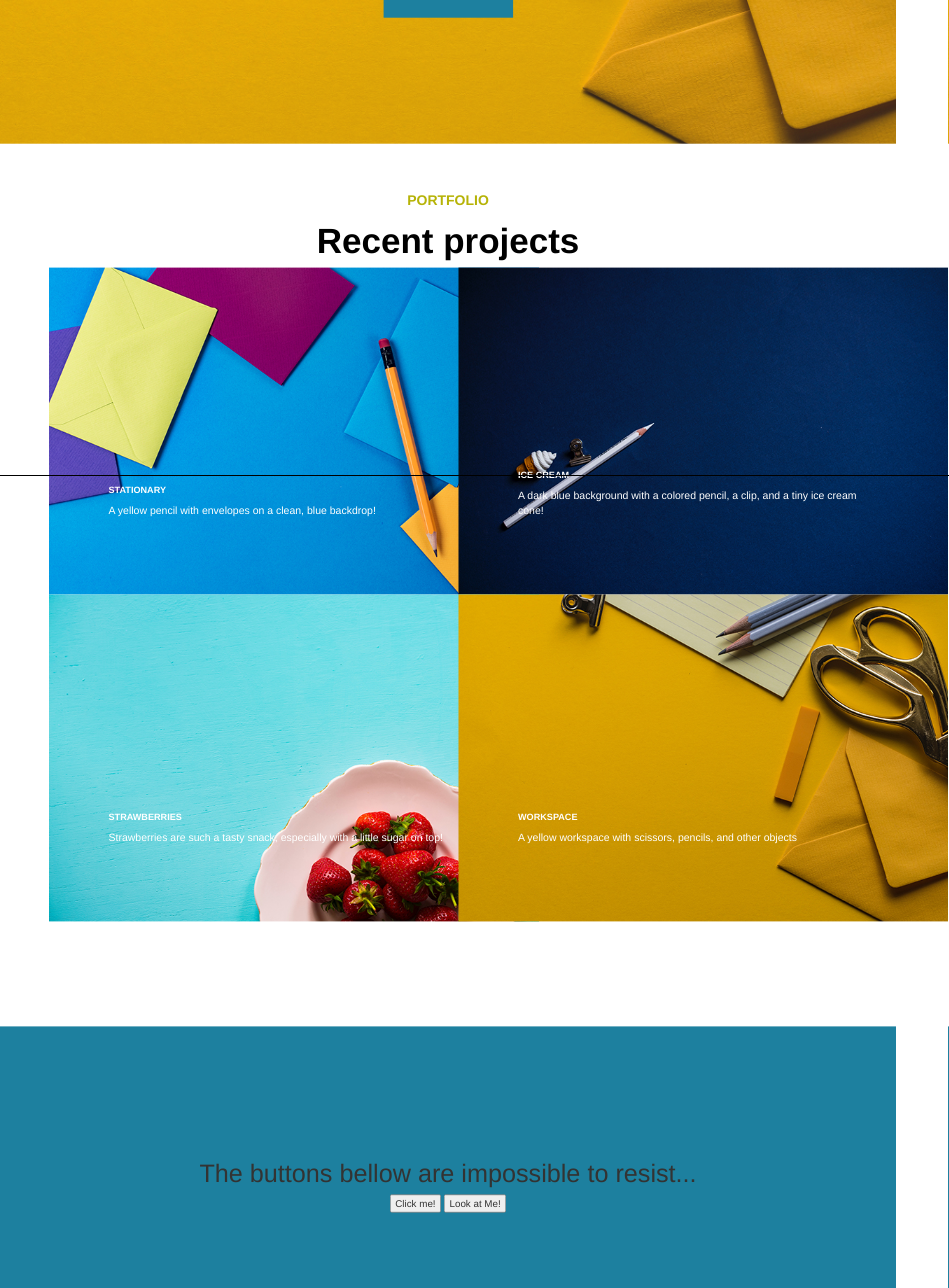
Repository: codin-full-stack/tomasz
Page: http://localhost/tomasz/portfolio/index.php
An editor plug-in stored every save of this project. The page is shown before and after the next save, followed by the edit.
The browser window is 1280 px wide. The page is 1355 px wide, so the pictures cover 1355 px, including what lies to the right of the window. The pictures show the part of the page from y = 2225 to 4065 px (the page is 4078 px tall), at 70% of full size.
Some web libraries are served in a nearby version. The page is run by PHP 8.4 with error messages shown; the project is at /var/www/html/.

Above is the page before, as saved 2018-10-23 09:27:43.

After the next save:
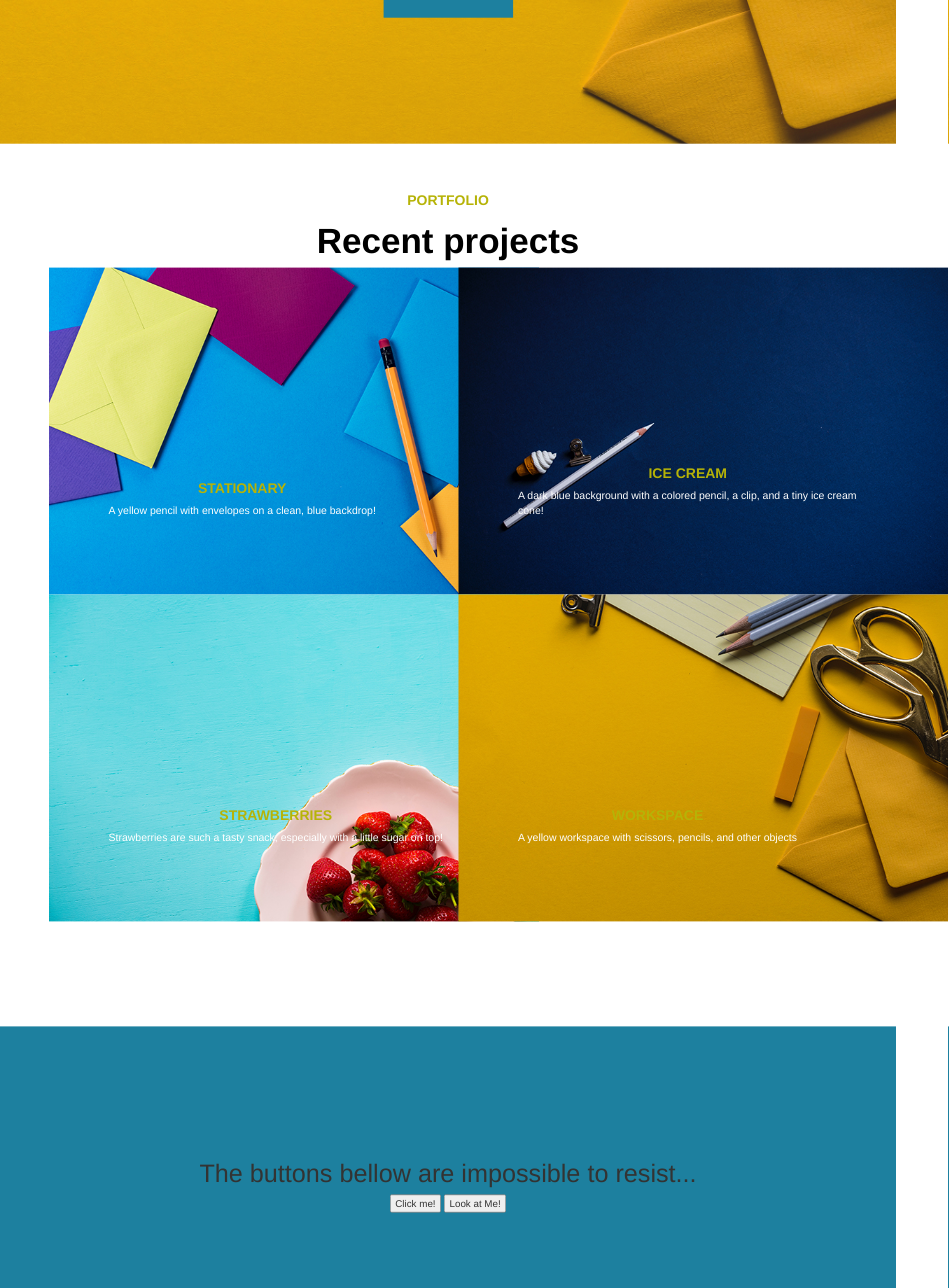
Saved 29 s later.
--- a/portfolio/styles.css
+++ b/portfolio/styles.css
@@ -136,6 +136,7 @@
     color: #000000;
 }
 
+.se
 .photobox h2 {
     color: #ffffff;
     font-size:  13px;

After the save that followed:
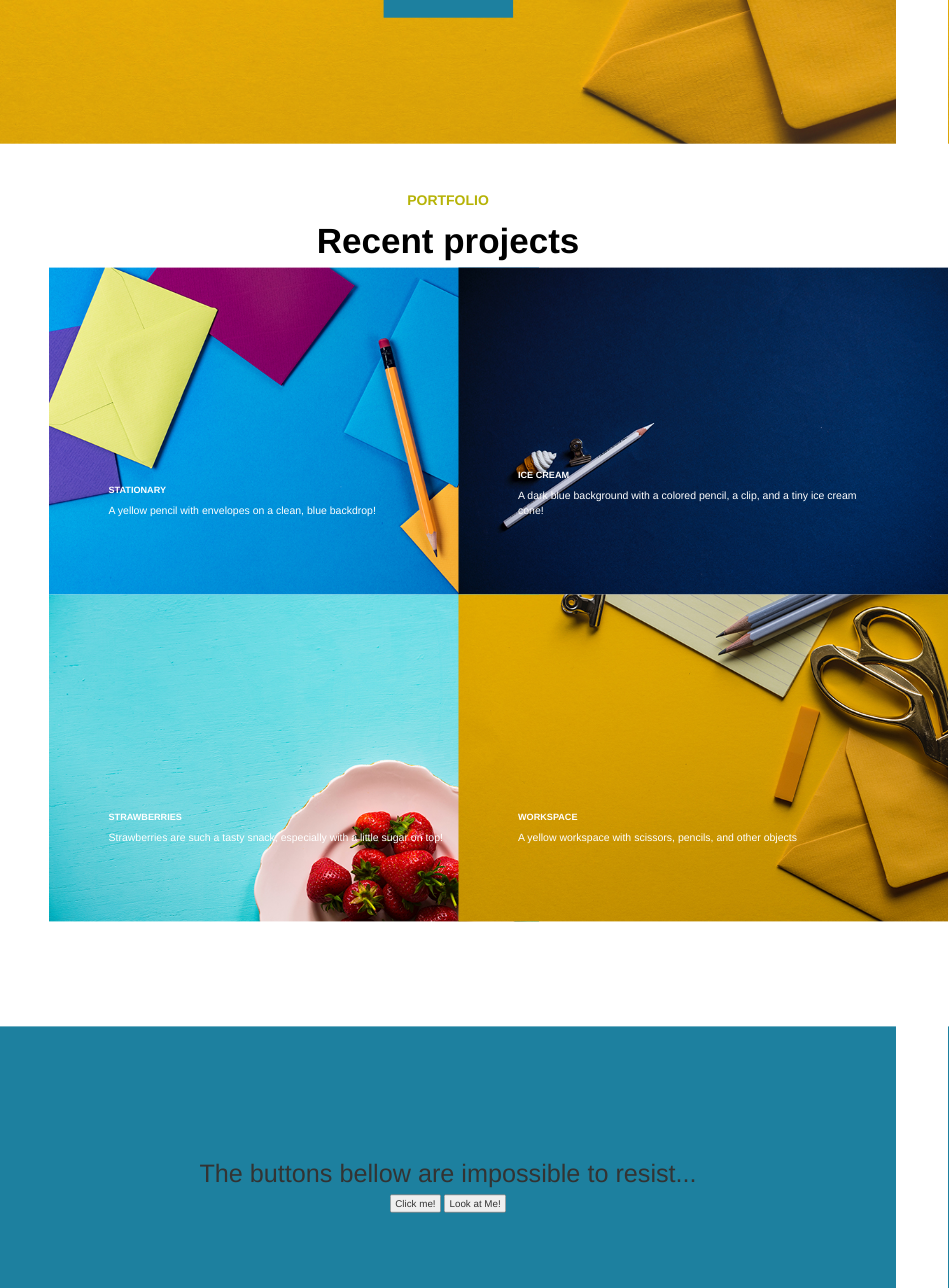
Saved 7 s later.
--- a/portfolio/styles.css
+++ b/portfolio/styles.css
@@ -136,7 +136,9 @@
     color: #000000;
 }
 
-.se
+.seventh h1 {
+
+}
 .photobox h2 {
     color: #ffffff;
     font-size:  13px;
